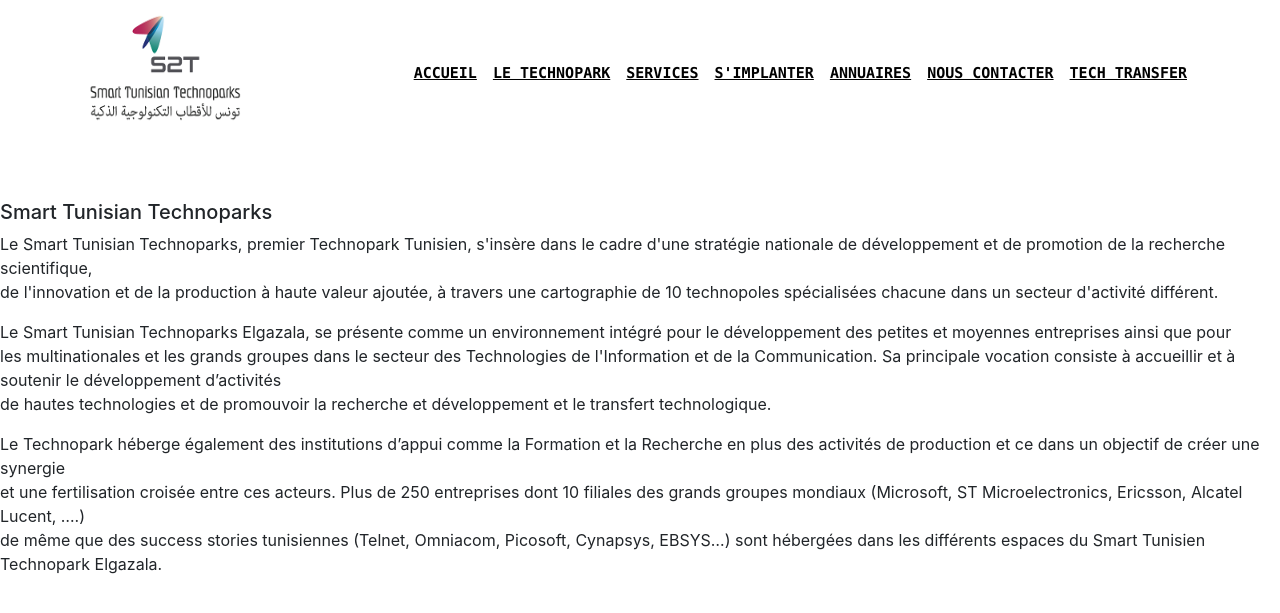
Repository: Zakraouihadil1/stage-perfectionnement-
Page: presentation.html
An editor plug-in stored every save of this project. The page is shown before and after the next save, followed by the edit.
The browser window is 1280 px wide. The pictures show the whole page.

Above is the page before, as saved 2021-08-17 19:19:47.

After the next save:
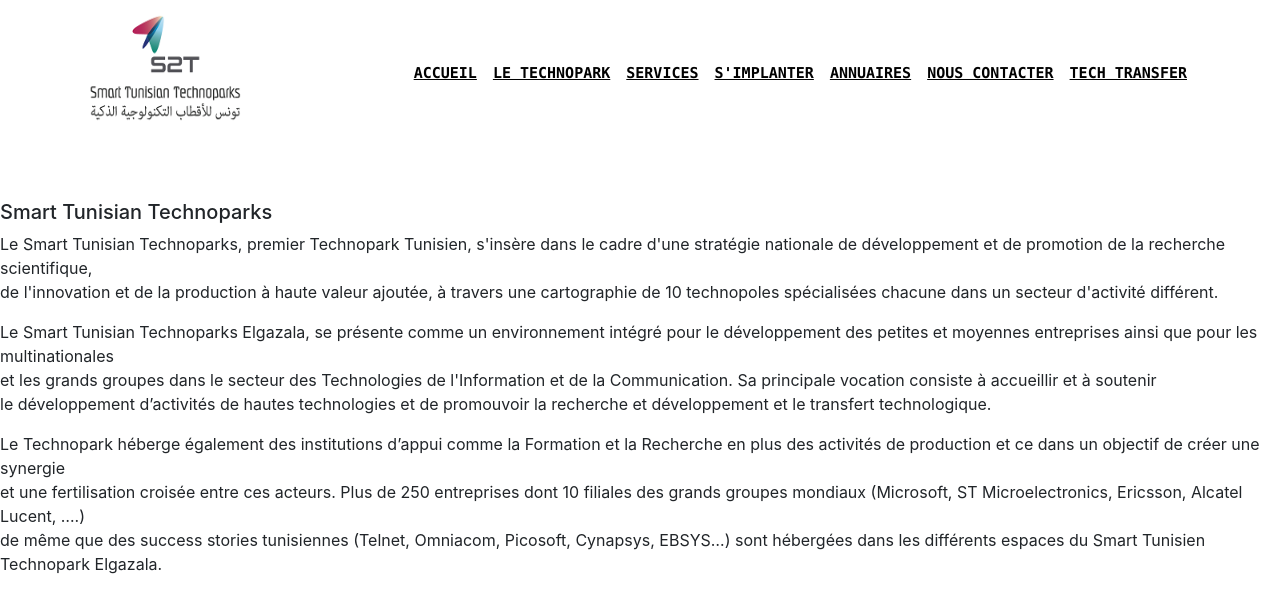
Saved 61 s later.
--- a/presentation.html
+++ b/presentation.html
@@ -104,9 +104,9 @@
     <p>Le Smart Tunisian Technoparks, premier Technopark Tunisien, s'insère dans le cadre d'une stratégie nationale de développement et de promotion de la recherche scientifique, <br>
      de l'innovation et de la production à haute valeur ajoutée, à travers une cartographie de 10 technopoles spécialisées chacune dans un secteur d'activité différent.</p>
 
-      <p>Le Smart Tunisian Technoparks Elgazala, se présente comme un environnement intégré pour le développement des petites et moyennes entreprises ainsi que pour <br>
-        les multinationales et les grands groupes dans le secteur des Technologies de l'Information et de la Communication. Sa principale vocation consiste à accueillir et à soutenir le développement d’activités <br>
-         de hautes technologies et de promouvoir la recherche et développement et le transfert technologique.</p>
+      <p>Le Smart Tunisian Technoparks Elgazala, se présente comme un environnement intégré pour le développement des petites et moyennes entreprises ainsi que pour les multinationales <br>
+         et les grands groupes dans le secteur des Technologies de l'Information et de la Communication. Sa principale vocation consiste à accueillir et à soutenir  <br>
+         le développement d’activités de hautes technologies et de promouvoir la recherche et développement et le transfert technologique.</p>
 
       <p> Le Technopark héberge également des institutions d’appui comme la Formation et la Recherche en plus des activités de production et ce dans un objectif de créer une synergie <br>
           et une fertilisation croisée entre ces acteurs. Plus de 250 entreprises dont 10 filiales des grands groupes mondiaux (Microsoft, ST Microelectronics, Ericsson, Alcatel Lucent, ….) <br>
